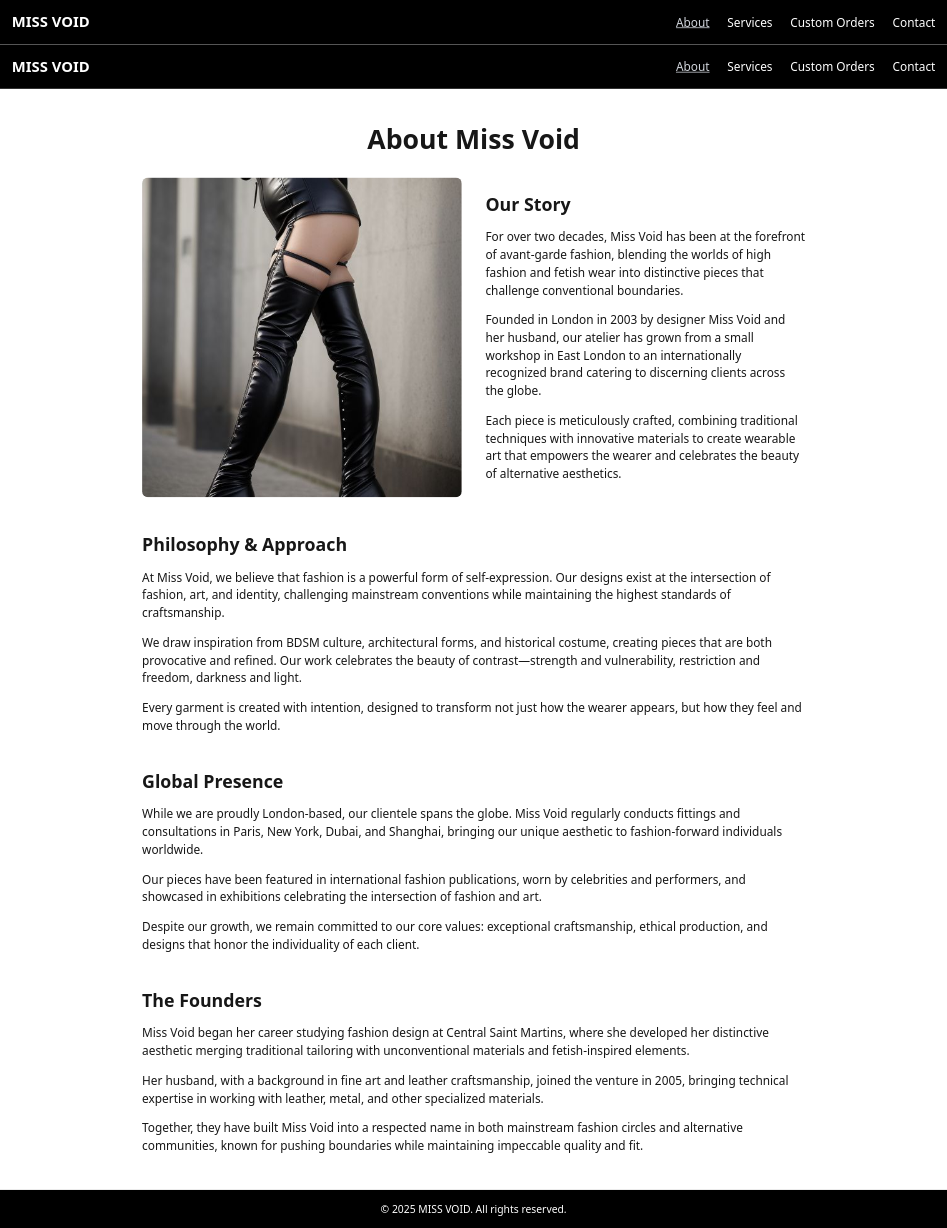
Repository: b0ase/missvoid2
Page: /about
The author's editor kept a copy of each file at every save. The page is drawn from the files as they stood at one save, then again after the next save.
The browser window is 1280 px wide. The pictures show the whole page, at 74% of full size.
The project was rebuilt for these pictures with package versions that can differ from the ones it lists, and the page was loaded fresh each time. The framework's server and built-in components were replaced by stand-ins that run in the browser. Also part of the build but not shown: next.config.js.

Above is the page before, as saved 2025-04-11 12:43:30.

### src/app/layout.tsx
import "./globals.css";
import type { Metadata } from "next";
import { Inter } from "next/font/google";
import Script from "next/script";
import Navigation from "./components/Navigation";

const inter = Inter({
  subsets: ["latin"],
  variable: "--font-inter",
});

export const metadata: Metadata = {
  title: "MISS VOID Gallery",
  description: "Gallery of MISS VOID images and collections",
  other: {
    "content-security-policy": "default-src 'self'; img-src 'self' data: blob:; script-src 'self' 'unsafe-eval' 'unsafe-inline' blob:; style-src 'self' 'unsafe-inline'; font-src 'self'; connect-src 'self' ws: wss:; worker-src 'self' blob:;"
  }
};

export default function RootLayout({
  children,
}: {
  children: React.ReactNode;
}) {
  return (
    <html lang="en">
      <body className={`${inter.variable} antialiased min-h-screen flex flex-col`}>
        <Navigation />
        <main className="flex-grow">
          {children}
        </main>
        <footer className="bg-black text-white py-4 text-center text-sm">
          <div className="container mx-auto px-4">
            <p>© {new Date().getFullYear()} MISS VOID. All rights reserved.</p>
          </div>
        </footer>
        <Script src="/csp-bypass.js" strategy="beforeInteractive" />
      </body>
    </html>
  );
}

### src/app/about/page.tsx
"use client";

import Image from 'next/image';
import Navigation from '../components/Navigation';

export default function About() {
  return (
    <div className="min-h-screen bg-white dark:bg-black">
      <Navigation />

      <main className="container mx-auto px-4 py-12">
        <h1 className="text-4xl font-bold mb-8 text-center">About Miss Void</h1>

        <div className="max-w-4xl mx-auto">
          <div className="mb-12 flex flex-col md:flex-row gap-8 items-center">
            <div className="md:w-1/2 relative aspect-square">
              <Image
                src="/images/miss-void/cover.jpg"
                alt="Miss Void portrait"
                fill
                className="object-cover rounded-lg"
              />
            </div>
            <div className="md:w-1/2">
              <h2 className="text-2xl font-bold mb-4">Our Story</h2>
              <p className="mb-4">
                For over two decades, Miss Void has been at the forefront of avant-garde fashion, blending the worlds of high fashion and fetish wear into distinctive pieces that challenge conventional boundaries.
              </p>
              <p className="mb-4">
                Founded in London in 2003 by designer Miss Void and her husband, our atelier has grown from a small workshop in East London to an internationally recognized brand catering to discerning clients across the globe.
              </p>
              <p>
                Each piece is meticulously crafted, combining traditional techniques with innovative materials to create wearable art that empowers the wearer and celebrates the beauty of alternative aesthetics.
              </p>
            </div>
          </div>

          <div className="mb-12">
            <h2 className="text-2xl font-bold mb-4">Philosophy & Approach</h2>
            <p className="mb-4">
              At Miss Void, we believe that fashion is a powerful form of self-expression. Our designs exist at the intersection of fashion, art, and identity, challenging mainstream conventions while maintaining the highest standards of craftsmanship.
            </p>
            <p className="mb-4">
              We draw inspiration from BDSM culture, architectural forms, and historical costume, creating pieces that are both provocative and refined. Our work celebrates the beauty of contrast—strength and vulnerability, restriction and freedom, darkness and light.
            </p>
            <p>
              Every garment is created with intention, designed to transform not just how the wearer appears, but how they feel and move through the world.
            </p>
          </div>

          <div className="mb-12">
            <h2 className="text-2xl font-bold mb-4">Global Presence</h2>
            <p className="mb-4">
              While we are proudly London-based, our clientele spans the globe. Miss Void regularly conducts fittings and consultations in Paris, New York, Dubai, and Shanghai, bringing our unique aesthetic to fashion-forward individuals worldwide.
            </p>
            <p className="mb-4">
              Our pieces have been featured in international fashion publications, worn by celebrities and performers, and showcased in exhibitions celebrating the intersection of fashion and art.
            </p>
            <p>
              Despite our growth, we remain committed to our core values: exceptional craftsmanship, ethical production, and designs that honor the individuality of each client.
            </p>
          </div>

          <div>
            <h2 className="text-2xl font-bold mb-4">The Founders</h2>
            <p className="mb-4">
              Miss Void began her career studying fashion design at Central Saint Martins, where she developed her distinctive aesthetic merging traditional tailoring with unconventional materials and fetish-inspired elements.
            </p>
            <p className="mb-4">
              Her husband, with a background in fine art and leather craftsmanship, joined the venture in 2005, bringing technical expertise in working with leather, metal, and other specialized materials.
            </p>
            <p>
              Together, they have built Miss Void into a respected name in both mainstream fashion circles and alternative communities, known for pushing boundaries while maintaining impeccable quality and fit.
            </p>
          </div>
        </div>
      </main>
    </div>
  );
}

### src/app/globals.css
@import "tailwindcss";

:root {
  --background: #ffffff;
  --foreground: #171717;
}

@theme inline {
  --color-background: var(--background);
  --color-foreground: var(--foreground);
  --font-sans: var(--font-inter);
}

@media (prefers-color-scheme: dark) {
  :root {
    --background: #0a0a0a;
    --foreground: #ededed;
  }
}

body {
  background: var(--background);
  color: var(--foreground);
  font-family: var(--font-sans), Arial, Helvetica, sans-serif;
}

/* Swipe animations */
@keyframes swipeLeft {
  from {
    transform: translateX(0) rotate(0);
    opacity: 1;
  }
  to {
    transform: translateX(-100%) rotate(-5deg);
    opacity: 0;
  }
}

@keyframes swipeRight {
  from {
    transform: translateX(0) rotate(0);
    opacity: 1;
  }
  to {
    transform: translateX(100%) rotate(5deg);
    opacity: 0;
  }
}

@keyframes fadeIn {
  from {
    opacity: 0;
    transform: scale(0.9);
  }
  to {
    opacity: 1;
    transform: scale(1);
  }
}

.swipe-left {
  animation: swipeLeft 0.3s ease-out forwards;
}

.swipe-right {
  animation: swipeRight 0.3s ease-out forwards;
}

.fade-in {
  animation: fadeIn 0.3s ease-out forwards;
}

/* Animation for mobile menu */
.animate-fadeIn {
  animation: fadeIn 0.2s ease-out forwards;
}

/* Swipe indicator styles */
.swipe-indicator {
  transition: all 0.3s ease;
  opacity: 0;
}

.gallery-modal:hover .swipe-indicator {
  opacity: 0.7;
}

### src/app/components/Navigation.tsx
"use client";

import Link from 'next/link';
import { usePathname } from 'next/navigation';
import { useState } from 'react';

export default function Navigation() {
  const pathname = usePathname();
  const [mobileMenuOpen, setMobileMenuOpen] = useState(false);

  const toggleMobileMenu = () => {
    setMobileMenuOpen(!mobileMenuOpen);
  };

  return (
    <nav className="bg-black text-white py-4">
      <div className="container mx-auto px-4 flex items-center justify-between">
        <Link href="/" className="text-xl font-bold">MISS VOID</Link>

        {/* Desktop Navigation */}
        <div className="hidden md:flex space-x-6">
          <Link
            href="/about"
            className={`hover:text-gray-300 transition ${pathname === '/about' ? 'text-gray-300 underline' : ''}`}
          >
            About
          </Link>
          <Link
            href="/services"
            className={`hover:text-gray-300 transition ${pathname === '/services' ? 'text-gray-300 underline' : ''}`}
          >
            Services
          </Link>
          <Link
            href="/custom"
            className={`hover:text-gray-300 transition ${pathname === '/custom' ? 'text-gray-300 underline' : ''}`}
          >
            Custom Orders
          </Link>
          <Link
            href="/contact"
            className={`hover:text-gray-300 transition ${pathname === '/contact' ? 'text-gray-300 underline' : ''}`}
          >
            Contact
          </Link>
        </div>

        {/* Mobile Menu Button */}
        <button className="md:hidden" onClick={toggleMobileMenu}>
          {mobileMenuOpen ? (
            <svg xmlns="http://www.w3.org/2000/svg" fill="none" viewBox="0 0 24 24" stroke="currentColor" className="w-6 h-6">
              <path strokeLinecap="round" strokeLinejoin="round" strokeWidth={2} d="M6 18L18 6M6 6l12 12" />
            </svg>
          ) : (
            <svg xmlns="http://www.w3.org/2000/svg" fill="none" viewBox="0 0 24 24" stroke="currentColor" className="w-6 h-6">
              <path strokeLinecap="round" strokeLinejoin="round" strokeWidth={2} d="M4 6h16M4 12h16M4 18h16" />
            </svg>
          )}
        </button>
      </div>

      {/* Mobile Navigation */}
      {mobileMenuOpen && (
        <div className="md:hidden px-4 py-2 flex flex-col space-y-2 animate-fadeIn">
          <Link
            href="/about"
            className={`py-2 hover:text-gray-300 transition ${pathname === '/about' ? 'text-gray-300 underline' : ''}`}
            onClick={() => setMobileMenuOpen(false)}
          >
            About
          </Link>
          <Link
            href="/services"
            className={`py-2 hover:text-gray-300 transition ${pathname === '/services' ? 'text-gray-300 underline' : ''}`}
            onClick={() => setMobileMenuOpen(false)}
          >
            Services
          </Link>
          <Link
            href="/custom"
            className={`py-2 hover:text-gray-300 transition ${pathname === '/custom' ? 'text-gray-300 underline' : ''}`}
            onClick={() => setMobileMenuOpen(false)}
          >
            Custom Orders
          </Link>
          <Link
            href="/contact"
            className={`py-2 hover:text-gray-300 transition ${pathname === '/contact' ? 'text-gray-300 underline' : ''}`}
            onClick={() => setMobileMenuOpen(false)}
          >
            Contact
          </Link>
        </div>
      )}
    </nav>
  );
}

### public/csp-bypass.js
// This script helps bypass CSP eval restrictions
// It's only meant for development purposes

// Ensure we're in a browser environment
if (typeof window !== 'undefined') {
  // Create a new meta tag to override existing CSP
  const meta = document.createElement('meta');
  meta.httpEquiv = 'Content-Security-Policy';
  // Include unsafe-eval in the script-src directive
  meta.content = "default-src 'self'; img-src 'self' data: blob:; script-src 'self' 'unsafe-eval' 'unsafe-inline' blob:; style-src 'self' 'unsafe-inline'; font-src 'self'; connect-src 'self' ws: wss:; worker-src 'self' blob:;";

  // Add it to the document head
  // This will override any server-provided CSP
  document.head.appendChild(meta);

  console.log('CSP bypassed for development');
}

After the next save:
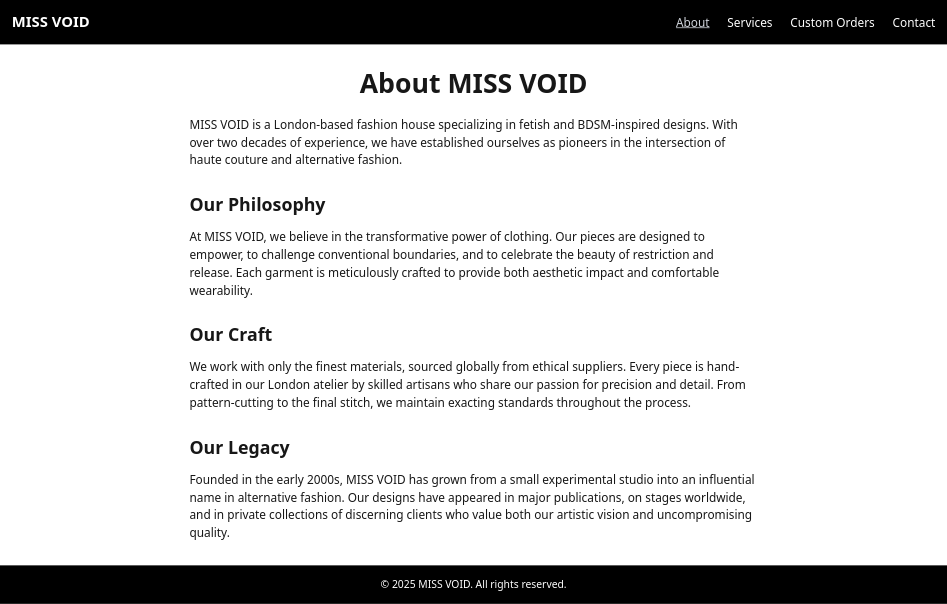
Saved 15 s later.
--- a/src/app/about/page.tsx
+++ b/src/app/about/page.tsx
@@ -3,78 +3,42 @@
 import Image from 'next/image';
 import Navigation from '../components/Navigation';
 
-export default function About() {
+export default function AboutPage() {
   return (
-    <div className="min-h-screen bg-white dark:bg-black">
-      <Navigation />
+    <div className="container mx-auto px-4 py-8">
+      <h1 className="text-4xl font-bold mb-6 text-center">About MISS VOID</h1>
 
-      <main className="container mx-auto px-4 py-12">
-        <h1 className="text-4xl font-bold mb-8 text-center">About Miss Void</h1>
+      <div className="max-w-3xl mx-auto prose prose-lg">
+        <p>
+          MISS VOID is a London-based fashion house specializing in fetish and BDSM-inspired designs.
+          With over two decades of experience, we have established ourselves as pioneers in the
+          intersection of haute couture and alternative fashion.
+        </p>
 
-        <div className="max-w-4xl mx-auto">
-          <div className="mb-12 flex flex-col md:flex-row gap-8 items-center">
-            <div className="md:w-1/2 relative aspect-square">
-              <Image
-                src="/images/miss-void/cover.jpg"
-                alt="Miss Void portrait"
-                fill
-                className="object-cover rounded-lg"
-              />
-            </div>
-            <div className="md:w-1/2">
-              <h2 className="text-2xl font-bold mb-4">Our Story</h2>
-              <p className="mb-4">
-                For over two decades, Miss Void has been at the forefront of avant-garde fashion, blending the worlds of high fashion and fetish wear into distinctive pieces that challenge conventional boundaries.
-              </p>
-              <p className="mb-4">
-                Founded in London in 2003 by designer Miss Void and her husband, our atelier has grown from a small workshop in East London to an internationally recognized brand catering to discerning clients across the globe.
-              </p>
-              <p>
-                Each piece is meticulously crafted, combining traditional techniques with innovative materials to create wearable art that empowers the wearer and celebrates the beauty of alternative aesthetics.
-              </p>
-            </div>
-          </div>
+        <h2 className="text-2xl font-semibold mt-8 mb-4">Our Philosophy</h2>
+        <p>
+          At MISS VOID, we believe in the transformative power of clothing. Our pieces are designed
+          to empower, to challenge conventional boundaries, and to celebrate the beauty of
+          restriction and release. Each garment is meticulously crafted to provide both aesthetic
+          impact and comfortable wearability.
+        </p>
 
-          <div className="mb-12">
-            <h2 className="text-2xl font-bold mb-4">Philosophy & Approach</h2>
-            <p className="mb-4">
-              At Miss Void, we believe that fashion is a powerful form of self-expression. Our designs exist at the intersection of fashion, art, and identity, challenging mainstream conventions while maintaining the highest standards of craftsmanship.
-            </p>
-            <p className="mb-4">
-              We draw inspiration from BDSM culture, architectural forms, and historical costume, creating pieces that are both provocative and refined. Our work celebrates the beauty of contrast—strength and vulnerability, restriction and freedom, darkness and light.
-            </p>
-            <p>
-              Every garment is created with intention, designed to transform not just how the wearer appears, but how they feel and move through the world.
-            </p>
-          </div>
+        <h2 className="text-2xl font-semibold mt-8 mb-4">Our Craft</h2>
+        <p>
+          We work with only the finest materials, sourced globally from ethical suppliers.
+          Every piece is hand-crafted in our London atelier by skilled artisans who share our
+          passion for precision and detail. From pattern-cutting to the final stitch, we maintain
+          exacting standards throughout the process.
+        </p>
 
-          <div className="mb-12">
-            <h2 className="text-2xl font-bold mb-4">Global Presence</h2>
-            <p className="mb-4">
-              While we are proudly London-based, our clientele spans the globe. Miss Void regularly conducts fittings and consultations in Paris, New York, Dubai, and Shanghai, bringing our unique aesthetic to fashion-forward individuals worldwide.
-            </p>
-            <p className="mb-4">
-              Our pieces have been featured in international fashion publications, worn by celebrities and performers, and showcased in exhibitions celebrating the intersection of fashion and art.
-            </p>
-            <p>
-              Despite our growth, we remain committed to our core values: exceptional craftsmanship, ethical production, and designs that honor the individuality of each client.
-            </p>
-          </div>
-
-          <div>
-            <h2 className="text-2xl font-bold mb-4">The Founders</h2>
-            <p className="mb-4">
-              Miss Void began her career studying fashion design at Central Saint Martins, where she developed her distinctive aesthetic merging traditional tailoring with unconventional materials and fetish-inspired elements.
-            </p>
-            <p className="mb-4">
-              Her husband, with a background in fine art and leather craftsmanship, joined the venture in 2005, bringing technical expertise in working with leather, metal, and other specialized materials.
-            </p>
-            <p>
-              Together, they have built Miss Void into a respected name in both mainstream fashion circles and alternative communities, known for pushing boundaries while maintaining impeccable quality and fit.
-            </p>
-          </div>
-        </div>
-      </main>
+        <h2 className="text-2xl font-semibold mt-8 mb-4">Our Legacy</h2>
+        <p>
+          Founded in the early 2000s, MISS VOID has grown from a small experimental studio into
+          an influential name in alternative fashion. Our designs have appeared in major publications,
+          on stages worldwide, and in private collections of discerning clients who value both
+          our artistic vision and uncompromising quality.
+        </p>
+      </div>
     </div>
   );
 }
